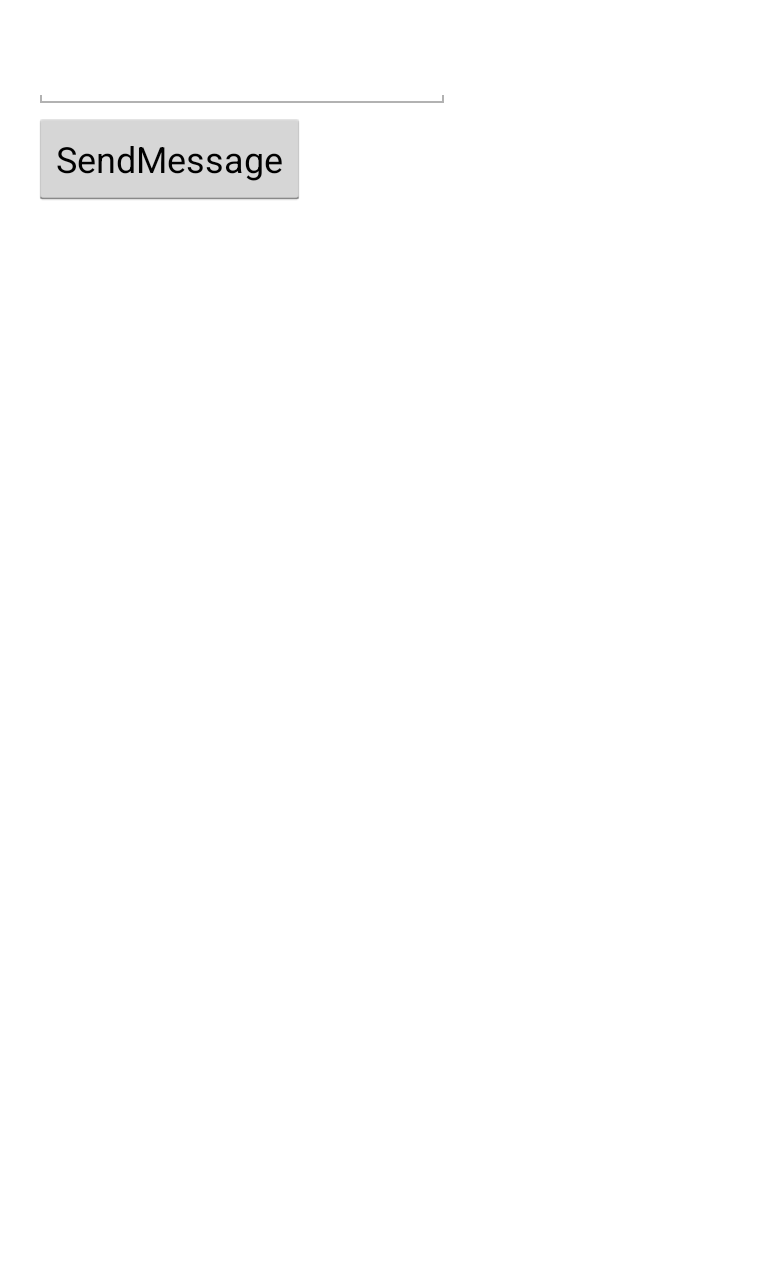
Repository: ioanaantoche/idp
Layout: RandomMessageGenerator/res/layout/activity_main.xml
The author's editor kept a copy of each file at every save. The layout is drawn from the files as they stood at one save, then again after the next save.
It is drawn on a 768 x 1280 px phone screen (xhdpi) without system bars, with theme AppTheme; the app's code is not run.

Above is the layout before, as saved 2015-04-07 17:41:48.

After the next save:
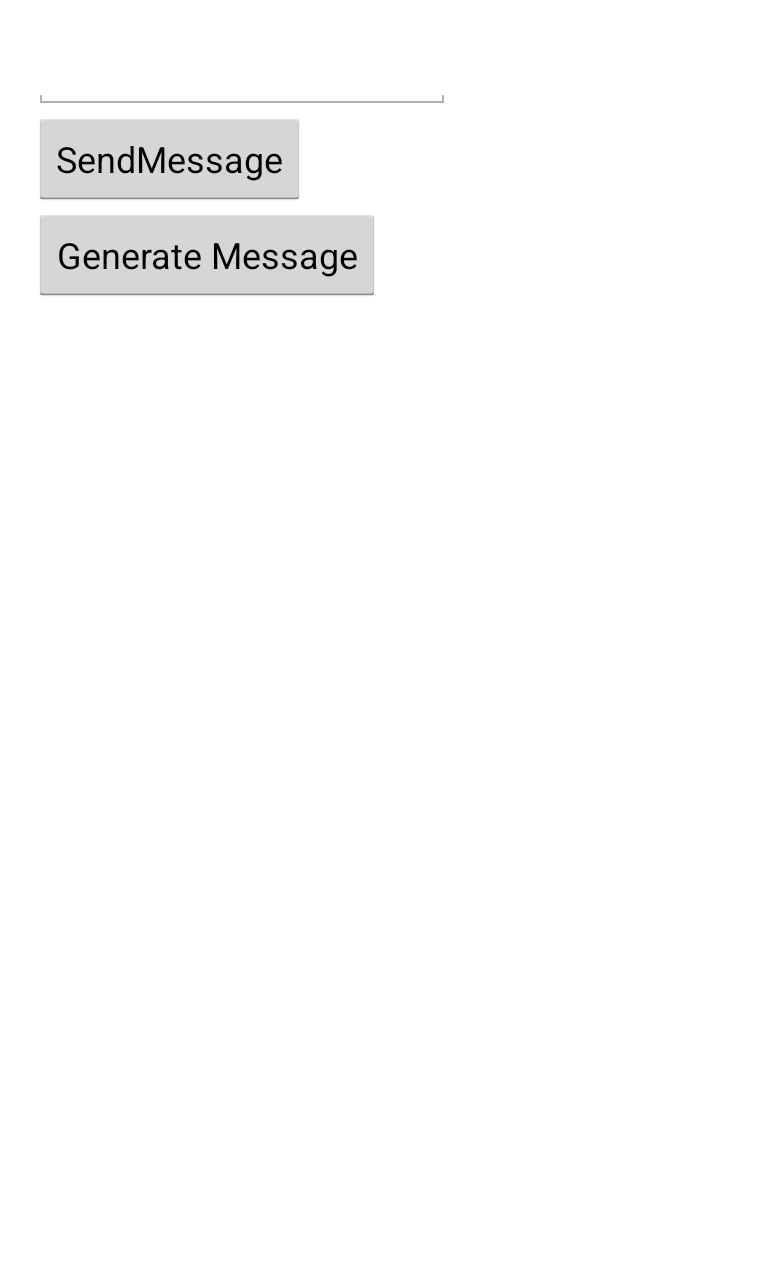
Saved 4 min 12 s later.
--- a/RandomMessageGenerator/res/layout/activity_main.xml
+++ b/RandomMessageGenerator/res/layout/activity_main.xml
@@ -17,22 +17,44 @@
         android:layout_alignParentTop="true"
         android:orientation="vertical" >
 
-         <EditText
-	        android:id="@+id/userMessage"
-	        android:layout_width="wrap_content"
-	        android:layout_height="0dp"
-	        android:layout_weight="1"
-	        android:ems="10" >
-	    </EditText>
+        <EditText
+            android:id="@+id/userMessage"
+            android:layout_width="wrap_content"
+            android:layout_height="0dp"
+            android:layout_weight="1"
+            android:ems="10" >
+        </EditText>
 
-	    <Button
-	        android:id="@+id/sendMessage"
-	        android:layout_width="wrap_content"
-	        android:layout_height="0dp"
-	        android:layout_weight="1"
-	        android:text="SendMessage" />
+        <Button
+            android:id="@+id/sendMessage"
+            android:layout_width="wrap_content"
+            android:layout_height="0dp"
+            android:layout_weight="1"
+            android:text="SendMessage" />
+
+        <LinearLayout
+        	android:id="@+id/linearLayout2"
+        	android:layout_width="wrap_content"
+            android:layout_height="0dp"
+            android:layout_weight="1">
+
+            <TextView
+		        android:id="@+id/generatedText"
+		        android:layout_width="wrap_content"
+            	android:layout_height="0dp"
+            	android:layout_weight="1"
+		        android:text="" />
+
+		    <Button
+		        android:id="@+id/generateMessage"
+		        android:layout_height="wrap_content"
+            	android:layout_width="0dp"
+            	android:layout_weight="1"
+		        android:text="Generate Message" />
+    	</LinearLayout>
     </LinearLayout>
 
 
 
+
 </RelativeLayout>
